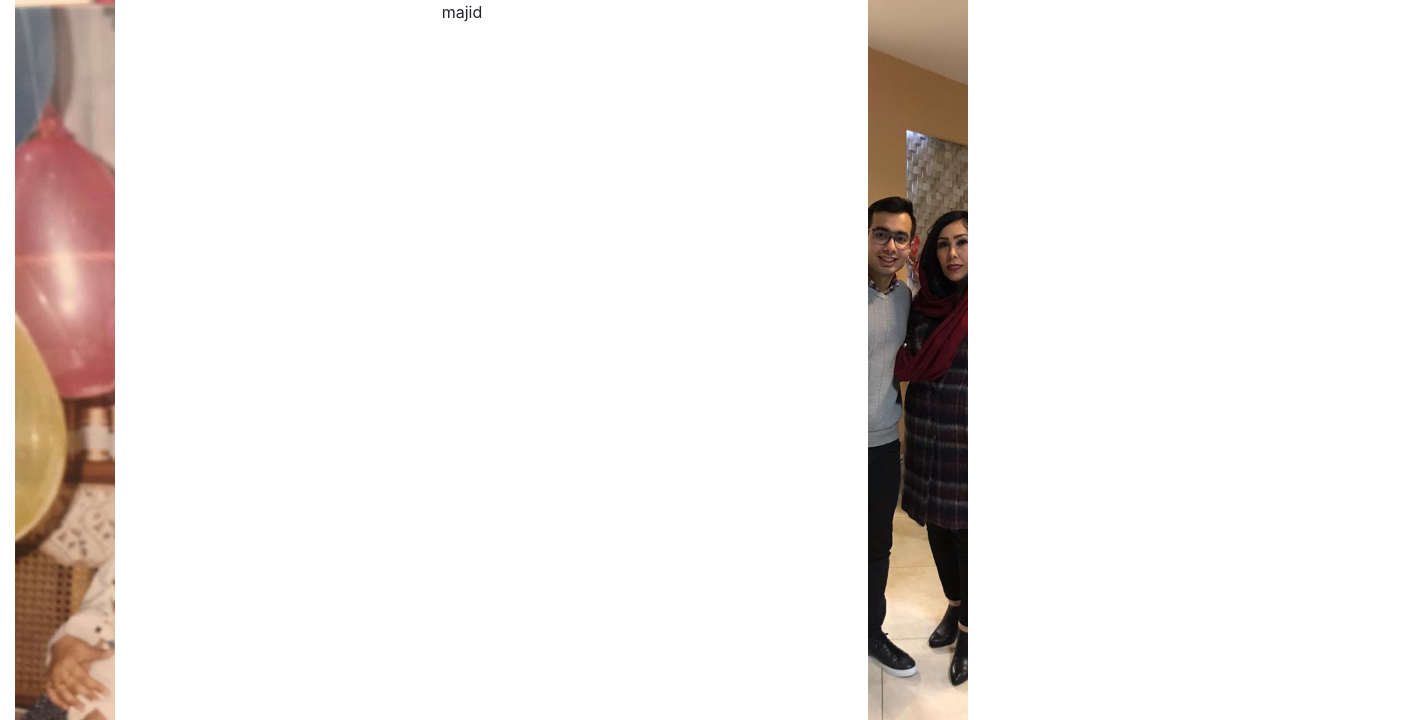
Repository: mirfarzam/mirfarzam.github.io
Page: khalelila/index.html
These files come from the project's save history. The page is drawn as it stood at one moment and after the next save; the edit follows.
The browser window is 1280 px wide. The page is 1280 px wide, then 1408 px, so the pictures cover 1408 px, including what lies to the right of the window. The pictures show the whole page.

Above is the page before, as saved 2020-04-30 21:12:14.

### khalelila/index.html
<html>
<head>
<title>تولد خاله لیلا</title>
<link href="https://stackpath.bootstrapcdn.com/bootstrap/4.4.1/css/bootstrap.min.css" rel="stylesheet" integrity="sha384-Vkoo8x4CGsO3+Hhxv8T/Q5PaXtkKtu6ug5TOeNV6gBiFeWPGFN9MuhOf23Q9Ifjh" crossorigin="anonymous">
<script
  src="https://code.jquery.com/jquery-3.5.0.min.js"
  integrity="sha256-xNzN2a4ltkB44Mc/Jz3pT4iU1cmeR0FkXs4pru/JxaQ="
  crossorigin="anonymous"></script>
<script src="https://stackpath.bootstrapcdn.com/bootstrap/4.4.1/js/bootstrap.min.js" integrity="sha384-wfSDF2E50Y2D1uUdj0O3uMBJnjuUD4Ih7YwaYd1iqfktj0Uod8GCExl3Og8ifwB6" crossorigin="anonymous"></script>
<script src="https://stackpath.bootstrapcdn.com/bootstrap/4.4.1/js/bootstrap.bundle.min.js" integrity="sha384-6khuMg9gaYr5AxOqhkVIODVIvm9ynTT5J4V1cfthmT+emCG6yVmEZsRHdxlotUnm" crossorigin="anonymous"></script>

<style>
.maincontrainer{
    width:100vw;
    height:100vh
}
.maincontrainer .row, .maincontrainer .row .col-sm-4{
    height: inherit;
    width: inherit;
}
.maincontrainer .row .col-sm-4 {
    position:relative;
}
.maincontrainer .row .col-sm-4 img{
    width:100;
    height:inherit;
    position:relative;
    top:0;
    left:0;
    object-fit:cover;
}

</style>
</head>
<body>
<section class="container-fluid maincontrainer">
    <div class="row">
        <div class="col-sm-4"><img src="old.jpeg"></div>
        <div class="col-sm-4">majid</div>
        <div class="col-sm-4"><img src="new.jpeg"></div>
    </div>
</section>
</body>
</html>

After the next save:
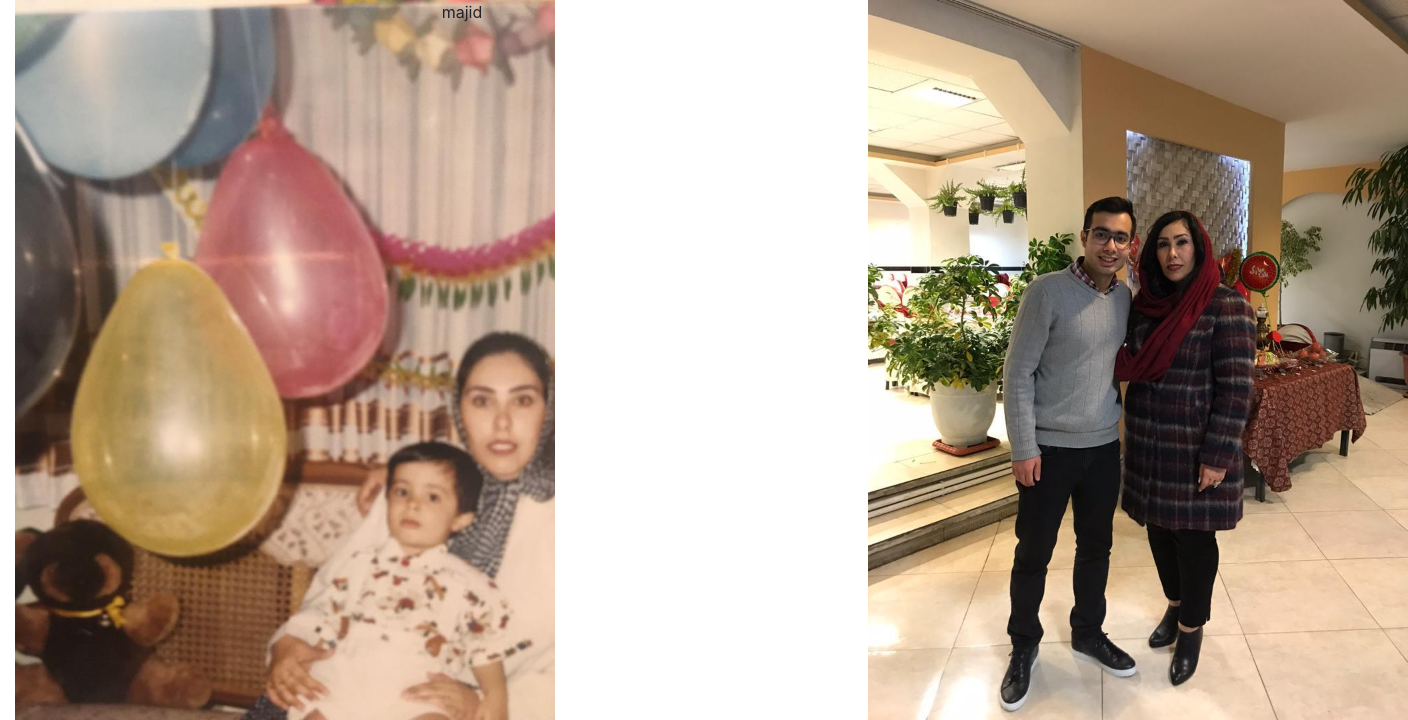
Saved 2 s later.
--- a/khalelila/index.html
+++ b/khalelila/index.html
@@ -22,7 +22,7 @@
     position:relative;
 }
 .maincontrainer .row .col-sm-4 img{
-    width:100;
+    width:100%%;
     height:inherit;
     position:relative;
     top:0;
